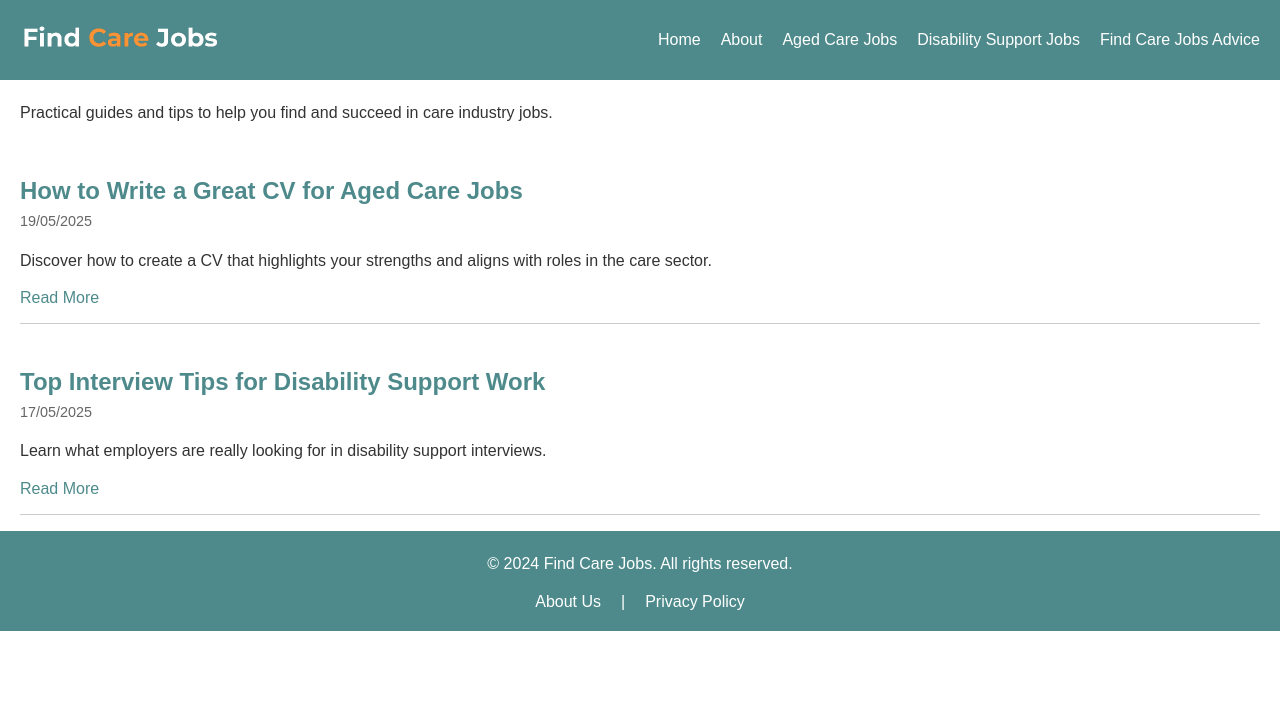
Repository: RichardCareJobs/find-care-jobs
Page: advice.html
The author's editor kept a copy of each file at every save. The page is drawn from the files as they stood at one save, then again after the next save.
The browser window is 1280 px wide. The pictures show the whole page.

Above is the page before, as saved 2025-05-19 21:26:24.

### advice.html
<!DOCTYPE html>
<html lang="en">
<head>
    <!-- Google Tag Manager -->
<script>(function(w,d,s,l,i){w[l]=w[l]||[];w[l].push({'gtm.start':
    new Date().getTime(),event:'gtm.js'});var f=d.getElementsByTagName(s)[0],
    j=d.createElement(s),dl=l!='dataLayer'?'&l='+l:'';j.async=true;j.src=
    'https://www.googletagmanager.com/gtm.js?id='+i+dl;f.parentNode.insertBefore(j,f);
    })(window,document,'script','dataLayer','GTM-5VNSJFMC');</script>
    <!-- End Google Tag Manager -->

  <meta charset="UTF-8">
  <title>Find Care Jobs Advice</title>
  <link rel="stylesheet" href="styles.css">
</head>
<body>
    <!-- Google Tag Manager (noscript) -->
<noscript><iframe src="https://www.googletagmanager.com/ns.html?id=GTM-5VNSJFMC"
    height="0" width="0" style="display:none;visibility:hidden"></iframe></noscript>
    <!-- End Google Tag Manager (noscript) -->
 <header>
      <div id="global-header"></div>
      </header>

  <main class="content">
    <h1>Find Care Jobs Advice</h1>
    <p>Practical guides and tips to help you find and succeed in care industry jobs.</p>

    <div id="advice-container" class="advice-listing"></div>
  </main>

  <div id="global-footer"></div>

  <script src="js/advice.js"></script>

<script>
  // Load global header and footer
  fetch('header.html')
    .then(res => res.text())
    .then(data => document.getElementById('global-header').innerHTML = data);

  fetch('footer.html')
    .then(res => res.text())
    .then(data => document.getElementById('global-footer').innerHTML = data);
</script>


</body>
</html>

### styles.css
body {
    background-color: #ffffff; /* Warm Sand background for the whole page */
    font-family: Arial, sans-serif; /* Set a clean font */
    margin: 0;
    padding: 20px; /* Optional: adds padding to the content */
    color: #333; /* Dark text color for good contrast */
}



.hero-overlay h1,
.hero-overlay h2,
.hero-overlay h3,
.hero-overlay p,
.hero-overlay a {
  color: #fff;
}

/* ——— Header override to match Home page ——— */
header.header-container {
    position: fixed;
    top: 0; left: 0; width: 100vw;
    height: 80px;                 /* ↑ bigger bar like Home */
    padding: 10px 40px;           /* ↑ vertical + horizontal spacing */
    background-color: var(--primary-color);
    display: flex;
    align-items: center;
    justify-content: space-between;
    z-index: 1000;
    box-sizing: border-box;
  }

  /* Logo link must be white, not teal */
  .header-container .logo a {
    color: #fff;
    text-decoration: none;
    font-size: 1.2rem;
    font-weight: bold;
  }

  /* Nav links stay white on teal */
  .header-container .nav-links a {
    color: #fff;
  }

  .header-container .nav-links a:hover {
    color: var(--accent-color);
  }


/* New unified header container */
.header-container {
    display: flex;
    justify-content: space-between; /* Logo on left, nav/hamburger on right */
    align-items: center;
    padding: 0 20px;
    height: 80px; /* Adjust height as needed */
    background-color: #4E8A8B; /* Muted Teal for the header background */
    box-sizing: border-box;
    position: fixed; /* Keep header visible on scroll */
    top: 0;
    left: 0;
    width: 100%;
    z-index: 1000;
  }

  /* Logo styling (placeholder) */
  .logo {
    color: #fff;
    font-size: 1.2rem;
    font-weight: bold;
  }

  /* Desktop navigation links */
  .nav-links {
    display: flex;
    gap: 20px;
  }

  .nav-links a {
    color: #fff;
    text-decoration: none;
    font-size: 16px;
  }

  .nav-links a:hover {
    color: #FF6F61; /* Soft Coral on hover */
  }

  /* Hamburger menu icon – hidden on desktop */
  .hamburger-menu {
    display: none; /* Show only on mobile */
    color: #fff;
    font-size: 24px;
    cursor: pointer;
  }

  /* Mobile navigation menu – hidden by default */
  .mobile-nav {
    display: none;
    flex-direction: column;
    background-color: #4E8A8B;
    position: absolute;
    top: 60px; /* Immediately below the header */
    left: 0;
    width: 100%;
    box-sizing: border-box;
    z-index: 2000; /* Ensures mobile menu appears above other content */
  }
  /* Show mobile menu when .active is applied */
.mobile-nav.active {
  display: flex;
}


  .mobile-nav a {
    color: #fff;
    padding: 10px 20px;
    text-decoration: none;
    border-bottom: 1px solid #fff;
  }

  /* Media query: On screens 768px and below, hide desktop nav and show hamburger */
  @media (max-width: 768px) {
    .nav-links {
      display: none;
    }
    .hamburger-menu {
      display: block;
    }
  }

  /* For tablets and smaller screens */
@media (max-width: 768px) {
    /* Adjust font sizes, layout, etc. for tablet screens */
  }

  /* For mobile devices */
  @media (max-width: 480px) {
    /* Further adjustments for mobile screens */
  }

  @media (max-width: 768px) {
    .hero .search-bar {
      flex-direction: column;
      align-items: center;
      width: 100%;
    gap: 10px;
    }

    .hero .search-bar input[type="text"],
    .hero .search-bar button {
      width: 100%;
      max-width: 220px;
    }

    .hero .search-bar button {
      margin-top: 10px;
    }
  }


  /* Hero Section: set the background image, size, and positioning */
.hero {
    position: relative;
    background-image: url('images/fcj-hero-v1.png'); /* Replace with your image path */
    background-size: cover;
    background-position: center;
    height: 500px; /* Adjust height as needed */
    width: 100vw;  /* Use viewport width */
  margin-left: calc(-50vw + 50%);  /* Shift left to counteract body padding */
  color: #fff; /* This makes all text white */
    display: flex;
    align-items: center;
    justify-content: center;
  }

  /* Overlay for darkening the background and centering text */
  .hero-overlay {
    background: rgba(0, 0, 0, 0.5); /* Semi-transparent overlay for readability */
    width: 100%;
    height: 100%;
    display: flex;
    flex-direction: column;
    align-items: center;
    justify-content: center;
    color: #fff;
    text-align: center;
    padding: 0px;
    box-sizing: border-box;
  }

  /* Adjust the search bar for the hero section */
  .hero .search-bar {
    margin-top: 20px;
    display: flex;
    gap: 10px;
    justify-content: center;
  }

  .hero .search-bar input[type="text"] {
    padding: 10px;
    border-radius: 8px;
    border: none; /* Remove border for a cleaner look */
    font-size: 16px;
    width: 200px;
    max-width: 300px;
  }

  .hero .search-bar button {
    padding: 10px 20px;
    border-radius: 8px;
    background-color: var(--accent-color); /* Using your accent color variable */
    border: none;
    color: #fff;
    font-size: 16px;
    cursor: pointer;
  }

  .hero .search-bar button:hover {
    background-color: #FF6F61; /* Soft Coral on hover */
  }


/* Navigation menu styles */
header nav {
    display: flex;
    gap: 20px; /* Space between links */
}

header nav a {
    color: #fff; /* White color for the links */
    text-decoration: none;
    font-size: 16px;
}

header nav a:hover {
    color: #FF6F61; /* Soft Coral on hover */
}

/* Center the h1 title */
.header-middle h1 {
    font-size: 24px;
    color: #4E8A8B; /* Muted Teal for the title */
    margin: 0;
}

/* Search bar container styles */
.search-bar {
    display: flex;
    gap: 10px;
    justify-content: center; /* Center the search inputs and button */
    margin-top: 20px;
}

/* Styling for the search input fields */
.search-bar input[type="text"] {
    padding: 10px;
    border-radius: 8px; /* Rounded corners */
    border: 2px solid #A8E6CF; /* Light Mint border */
    font-size: 16px;
    width: 200px; /* Set a width for the input fields */
    max-width: 300px; /* Maximum width for better responsiveness */
}

.search-bar input[type="text"]:focus {
    outline: none;
    border-color: #FF6F61; /* Soft Coral border on focus */
}

/* Styling for the search button */
.search-bar button {
    padding: 10px 20px;
    border-radius: 8px; /* Rounded corners */
    background-color: #A8E6CF; /* Light Mint background */
    border: 2px solid #A8E6CF; /* Light Mint border */
    color: #fff;
    font-size: 16px;
    cursor: pointer; /* Pointer cursor on hover */
}

/* Button hover effect */
.search-bar button:hover {
    background-color: #FF6F61; /* Soft Coral on hover */
    border-color: #FF6F61; /* Change the border color on hover */
}


/* Job count text styling */
#job-count {
    text-align: center;
    font-size: 18px;
    color: #fff; /* Muted Teal color for consistency with the design */
    margin-top: 20px;
    font-weight: bold;
}

/* General styling for the filter section */
.filter-section {
    margin-bottom: 20px;
    display: flex;
    align-items: center;
    gap: 10px;
    font-family: 'Arial', sans-serif;
    font-size: 14px;
    color: #424242;
}

/* Style for the label */
.filter-section label {
    font-weight: bold;
    margin-right: 5px;
}

/* General styling for the filter section */
.filter-section {
    margin-top: 20px; /* Adds space between search and filter */
    font-family: 'Arial', sans-serif; /* Match font with the rest of the site */
    font-size: 16px; /* Adjust font size for better readability */
    color: #4E8A8B; /* Match the color with the rest of the site */
    display: flex; /* Use flexbox for horizontal alignment */
    justify-content: center; /* Center-align within the container */
    align-items: center; /* Align label and dropdown vertically */
    gap: 10px; /* Space between the label and dropdown */
}

/* Style for the dropdown */
.filter-section select {
    padding: 8px 12px;
    border: 1px solid #ccc;
    border-radius: 4px;
    background-color: #fff;
    font-size: 14px;
    color: #333; /* Match font color with the rest */
    cursor: pointer;
    transition: border-color 0.3s ease;
    width: 200px; /* Set a consistent width for the dropdown */
}

.filter-section select:hover {
    border-color: #0088d2; /* Match primary color */
}

.filter-section select:focus {
    outline: none;
    border-color: #fa9335; /* Match secondary color */
}

/* Label styling */
.filter-section label {
    font-weight: bold;
    margin-bottom: 0; /* Remove extra margin for better alignment */
}




/* Job listings container space */
.job-listings-container {
    margin: 0 auto;
    max-width: 1200px; /* or whatever width you prefer */
    padding: 20px;
    box-sizing: border-box;
  }




/* Job listings container to center the job cards */
.job-listings-container {
    display: flex;
    flex-direction: column;
    align-items: center; /* Center the job cards horizontally */
    gap: 20px; /* Add space between each job card */
    width: 100%;
}

/* Job card styles */
.job-cards {
    background-color: #fff;
    padding: 20px;
    border-radius: 8px;
    border: 2px solid #A8E6CF; /* Light Mint border around the job cards */
    box-shadow: 0 2px 5px rgba(0, 0, 0, 0.1);
    text-align: left; /* left align the text inside the job card */
    width: 100%; /* Ensure the job card takes up full width */
    max-width: 600px; /* Optional: set a max-width for better layout */
    margin: 0; /* Remove margin from individual cards */
}

/* Styling for the "Read More" buttons */
.job-cards .read-more {
    padding: 10px 20px;
    border-radius: 0px; /* Rounded corners */
    background-color: #A8E6CF; /* Light Mint background */
    border: 2px solid #A8E6CF; /* Light Mint border */
    color: #fff;
    font-size: 16px;
    cursor: pointer; /* Pointer cursor on hover */
    text-align: center; /* Center the text inside the button */
    display: inline-block; /* Ensure the button has correct inline behavior */
    margin-top: 10px; /* Add some space above the button */
}

/* Hover effect for the "Read More" button */
.job-cards .read-more:hover {
    background-color: #FF6F61; /* Soft Coral on hover */
    border-color: #FF6F61; /* Change the border color on hover */
}

/* Streamline job cards */
.job-listings-container {
    gap: 10px;              /* was 20px – bring cards closer together */
  }

  .job-cards {
    padding: 12px;          /* was 20px – less “air” inside each card */
    border-radius: 0px;     /* optional: slightly tighter corners */
  }

  .job-cards h3 {
    margin-top: 8px;        /* was 1rem – bring title closer to top badge/logo */
    margin-bottom: 8px;     /* was default – tighten space before body text */
  }

  .job-cards p {
    margin-bottom: 5px;     /* was 1em – less space under each paragraph */
  }

  .job-cards .read-more {
    padding: 6px 12px;      /* was 10px 20px – smaller button */
    font-size: 0.9rem;      /* slightly smaller text */
    margin-top: 8px;        /* was 10px – reduce gap above button */
  }



/* Base styles for sponsored jobs */
.job-cards.sponsored {
    border: 3px solid #FF6F61; /* Thicker border for sponsored jobs */
    padding: 20px; /* Add more padding to create space */
    background-color: #F5F5F5; /* Light background for sponsored jobs */
    position: relative;
    margin: 10px; /* Add some space between job cards */
}

/* Employer logo positioning (top right) */
.job-cards.sponsored .employer-logo {
    position: absolute;
    top: 15px; /* Adjusted to move the logo further down */
    right: 15px; /* Adjusted to move the logo further to the right */
    width: 70px; /* Increased size of the logo */
    height: auto;
}

/* Title adjustment if logo is displayed */
.job-cards.sponsored h3 {
    margin-top: 30px; /* Increased space between badge and job title */
    margin-right: 90px; /* Adjust header text position if logo is displayed */
}

/* Sponsored job categories */
.job-cards.sponsored.top-job {
    border-color: #2196F3; /* Top Job with coral border */
}

.job-cards.sponsored.featured-job {
    border-color: #FFC107; /* Featured Job with gold border */
}

.job-cards.sponsored.urgent-job {
    border-color: #F44336; /* Urgent Job with orange-red border */
}

.job-cards.sponsored.popular-job {
    border-color: #4CAF50; /* Popular Job with lime green border */
}


.job-cards.sponsored .badge {
  position: relative;
  top: 10px;
  left: 10px;

  /* allow text to show */
  display: inline-block;
  padding: 4px 8px;
  min-width: 40px;
  height: auto;      /* remove the fixed height */
  background-color: #FF6F61; /* Soft Coral for badge background */
  color: #fff;
  font-size: 0.75rem;
  border-radius: 3px;
  text-transform: uppercase;
  white-space: nowrap;
}

/* category-specific overrides */
.job-cards.sponsored.top-job .badge       { background: #FF6F61; }
.job-cards.sponsored.featured-job .badge { background: #FFD700; }
.job-cards.sponsored.urgent-job .badge   { background: #E60000; }
.job-cards.sponsored.popular-job .badge  { background: #00B300; }


/* Styling for the badge */
.job-cards.sponsored.top-job .badge {
    background-color: #2196F3; /* Top Job Badge */
}

.job-cards.sponsored.featured-job .badge {
    background-color: #FFC107; /* Featured Job Badge */
}

.job-cards.sponsored.urgent-job .badge {
    background-color: #F44336; /* Urgent Job Badge */
}

.job-cards.sponsored.popular-job .badge {
    background-color: #4CAF50; /* Popular Job Badge */
}


.global-footer {
    background-color: #4E8A8B; /* Footer color */
    color: white;
    padding: 20px;
    text-align: center;
    width: 100vw; /* Viewport width */
    position: relative; /* Ensure it stays within normal document flow */
    left: 50%; /* Offset for centering */
    transform: translateX(-50%); /* Center align the footer */
    box-sizing: border-box; /* Include padding within width */
    margin: 0; /* Remove any margin */
}




.global-footer nav {
    display: flex;
    justify-content: center;
    gap: 20px; /* Space between footer links */
}

.global-footer a {
    color: white;
    text-decoration: none;
    font-size: 16px;
}

.global-footer a:hover {
    color: #FF6F61; /* Soft Coral on hover, matching header link styling */
}



.page-content {
    display: flex;
    align-items: flex-start; /* Align items to the top */
    gap: 20px; /* Space between image and text */
}

.image-placeholder {
    flex: 0 0 300px; /* Fixed width for the image container */
}

.image-placeholder img {
    width: 100%; /* Image takes full width of its container */
    height: auto;
    border-radius: 5px; /* Optional rounded corners */
    padding: 5px; /* Padding around the image for spacing */
    background-color: #f0f0f0; /* Optional: background color for the image */
}

.text-content {
    flex: 1; /* Take remaining space */
    max-width: 600px; /* Limit text width for readability */
}



/* Root-level variables for colors, fonts, and font sizes */
:root {
    --primary-color: #4E8A8B;
    --accent-color: #FF6F61;
    --text-color: #333333;
    --background-color: #F1E2C6;
    --font-family: Arial, sans-serif;
    --font-size-h1: 32px; /* You can adjust this size as needed */
    --font-size-large: 24px;
    --font-size-base: 16px;
    --font-size-small: 14px;
}

header.header-container {
    position: fixed;
    top: 0;
    left: 0;
    width: 100vw;             /* span the entire viewport */
    height: var(--header-height);
    background-color: var(--primary-color);
    display: flex;
    align-items: center;
    justify-content: space-between;
    padding: 0 20px;          /* no vertical padding, just left/right */
    z-index: 1000;
    box-sizing: border-box;
  }


/* Apply global font and color styles */
html {
    margin: 0;
    padding: 0;
    box-sizing: border-box;
}

body {
    margin: 0;
    padding: 20px;
    font-family: var(--font-family);
    font-size: var(--font-size-base);
    color: var(--text-color);
}


/* Heading styles */
h1 {
    font-size: var(--font-size-h1);
    color: var(--primary-color);
    font-weight: bold;
}

h2 {
    font-size: 1.5em; /* This will scale with base font size */
    color: var(--primary-color);
    font-weight: bold;
}


h3, h4, h5, h6 {
    color: var(--primary-color);
}

/* Paragraph and link styles */
p {
    font-size: var(--font-size-base);
    line-height: 1.6;
    margin: 0 0 1em;
}

a {
    color: var(--primary-color);
    text-decoration: none;
}

a:hover {
    color: var(--accent-color);
    text-decoration: underline;
}

/* Button styling */
button {
    font-size: var(--font-size-base);
    color: #fff;
    background-color: var(--primary-color);
    border: none;
    padding: 10px 20px;
    border-radius: 5px;
    cursor: pointer;
}

button:hover {
    background-color: var(--accent-color);
}

/* ——— General See-All button styling ——— */
.see-all-button {
  display: inline-block;
  padding: 0.6rem 1.2rem;
  background-color: #0088d2;    /* or your brand primary */
  color: #fff;
  border: none;
  border-radius: 4px;
  font-size: 1rem;
  cursor: pointer;
  text-align: center;
  margin: 1rem 0;
}

/* ——— Center & Span full width on just those sector pages ——— */
body[data-sector="Aged Care"]   #job-listings .see-all-button,
body[data-sector="Disability Support"] #job-listings .see-all-button {
  grid-column: 1 / -1;      /* span both columns */
  justify-self: center;     /* then center within that span */
}



/* ——— Sector Page 2×2 Grid for Top 4 Sponsored Jobs ——— */
body[data-sector="Aged Care"] #job-listings,
body[data-sector="Disability Support"] #job-listings {
  display: grid;
  grid-template-columns: repeat(2, 1fr);
  grid-auto-rows: auto;
  gap: 1rem;
}

body[data-sector="Aged Care"] #job-listings .see-all-link,
body[data-sector="Disability Support"] #job-listings .see-all-link {
  grid-column: 1 / -1;
  text-align: center;
  margin-top: 1rem;
  font-weight: bold;
}

.advice-listing {
  display: flex;
  flex-direction: column;
  gap: 1.5rem;
  padding: 1rem 0;
}

.advice-card {
  border-bottom: 1px solid #ccc;
  padding-bottom: 1rem;
}

.advice-card h2 {
  margin-bottom: 0.3rem;
}

.advice-date {
  font-size: 0.9rem;
  color: #666;
}

### js/advice.js
document.addEventListener("DOMContentLoaded", () => {
  fetch("advice-posts.json")
    .then(response => response.json())
    .then(posts => {
      const container = document.getElementById("advice-container");

 // Sort by most recent
  posts.sort((a, b) => new Date(b.date) - new Date(a.date));

  // Sort by most recent
  posts.sort((a, b) => new Date(b.date) - new Date(a.date));
      posts.forEach(post => {
        const article = document.createElement("article");
        article.classList.add("advice-card");

        article.innerHTML = `
          <h2><a href="posts/${post.slug}.html">${post.title}</a></h2>
          <p class="advice-date">${new Date(post.date).toLocaleDateString("en-AU")}</p>
          <p>${post.summary}</p>
          <a href="posts/${post.slug}.html" class="read-more">Read More</a>
        `;

        container.appendChild(article);
      });
    })
    .catch(error => {
      console.error("Failed to load advice posts:", error);
    });
});

### header.html
<header>
    <div class="header-container">

      <div class="logo"><img src="images/FCJ-Logo-Horizontal.png" height="60px" width="200px"></div>

      <!-- favicon -->
<link rel="icon" type="image/png" sizes="96x96" href="/favicon-96x96.png" />
<link rel="icon" type="image/svg+xml"       href="/favicon.svg"          />
<link rel="shortcut icon"                    href="/favicon.ico"          />
<link rel="apple-touch-icon" sizes="180x180" href="/apple-touch-icon.png" />
<meta name="apple-mobile-web-app-title" content="Find Care Jobs" />
<link rel="manifest"                         href="/site.webmanifest"     />


      <!-- Normal Nav Links (Desktop) -->
      <nav class="nav-links">
        <a href="index.html">Home</a>
        <a href="about.html">About</a>
        <a href="aged-care-jobs.html">Aged Care Jobs</a>
        <a href="disability-support-jobs.html">Disability Support Jobs</a>
        <a href="advice.html">Find Care Jobs Advice</a>

      </nav>

      <!-- Hamburger Icon (Mobile) -->
      <div class="hamburger-menu" id="hamburger-menu">
        &#9776; <!-- A simple Unicode hamburger icon -->
      </div>
    </div>

    <!-- Collapsible Menu (Mobile) -->
    <nav class="mobile-nav" id="mobile-nav">
      <a href="about.html">About</a>
      <a href="aged-care-jobs.html">Aged Care Jobs</a>
      <a href="disability-support-jobs.html">Disability Support Jobs</a>
      <a href="advice.html">Find Care Jobs Advice</a>

    </nav>
  </header>

### footer.html
<footer class="global-footer">
    <p>&copy; 2024 Find Care Jobs. All rights reserved.</p>
    <nav>
        <a href="/about">About Us</a> |

        <a href="/privacy">Privacy Policy</a>
    </nav>
</footer>

### advice-posts.json
[
  {
    "title": "How to Write a Great CV for Aged Care Jobs",
    "date": "2025-05-19",
    "summary": "Discover how to create a CV that highlights your strengths and aligns with roles in the care sector.",
    "slug": "how-to-write-a-care-cv"
  },
  {
    "title": "Top Interview Tips for Disability Support Work",
    "date": "2025-05-17",
    "summary": "Learn what employers are really looking for in disability support interviews.",
    "slug": "interview-tips"
  }
]

After the next save:
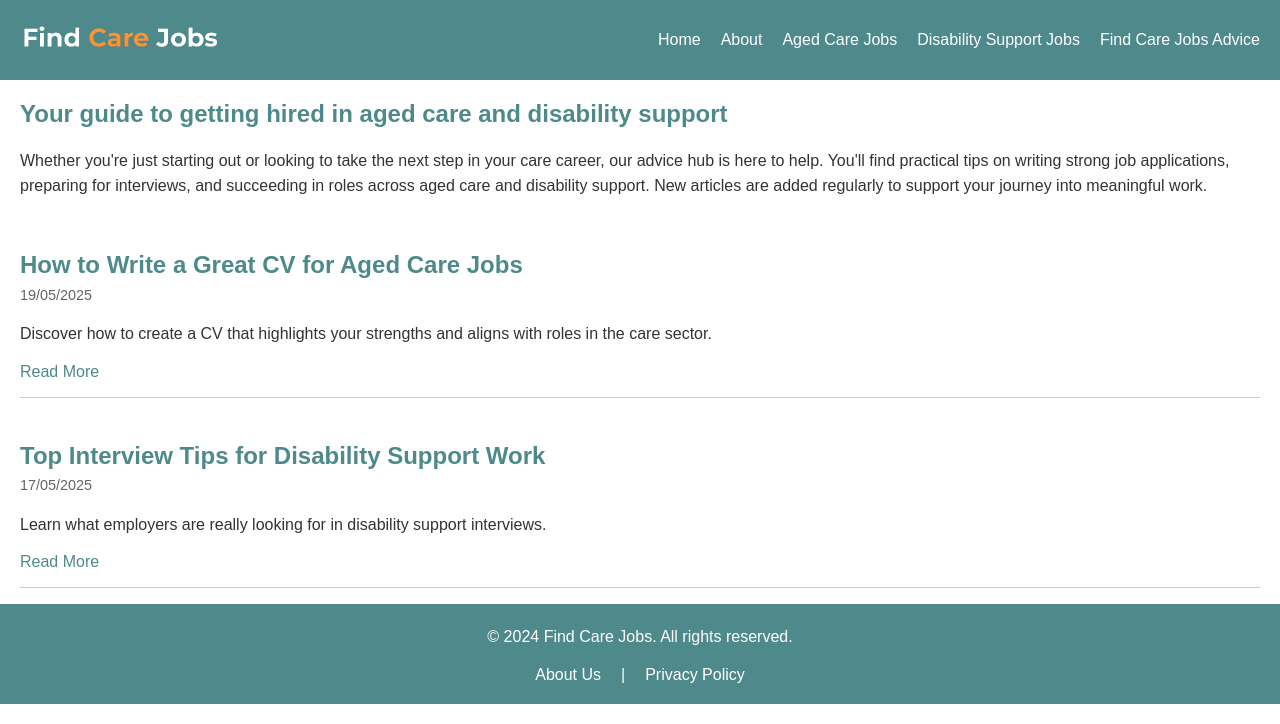
Saved 2 min 23 s later.
--- a/advice.html
+++ b/advice.html
@@ -24,7 +24,13 @@
 
   <main class="content">
     <h1>Find Care Jobs Advice</h1>
-    <p>Practical guides and tips to help you find and succeed in care industry jobs.</p>
+<h2>Your guide to getting hired in aged care and disability support</h2>
+<p>
+  Whether you're just starting out or looking to take the next step in your care career, our advice hub is here to help.
+  You'll find practical tips on writing strong job applications, preparing for interviews, and succeeding in roles across aged care and disability support.
+  New articles are added regularly to support your journey into meaningful work.
+</p>
+
 
     <div id="advice-container" class="advice-listing"></div>
   </main>
